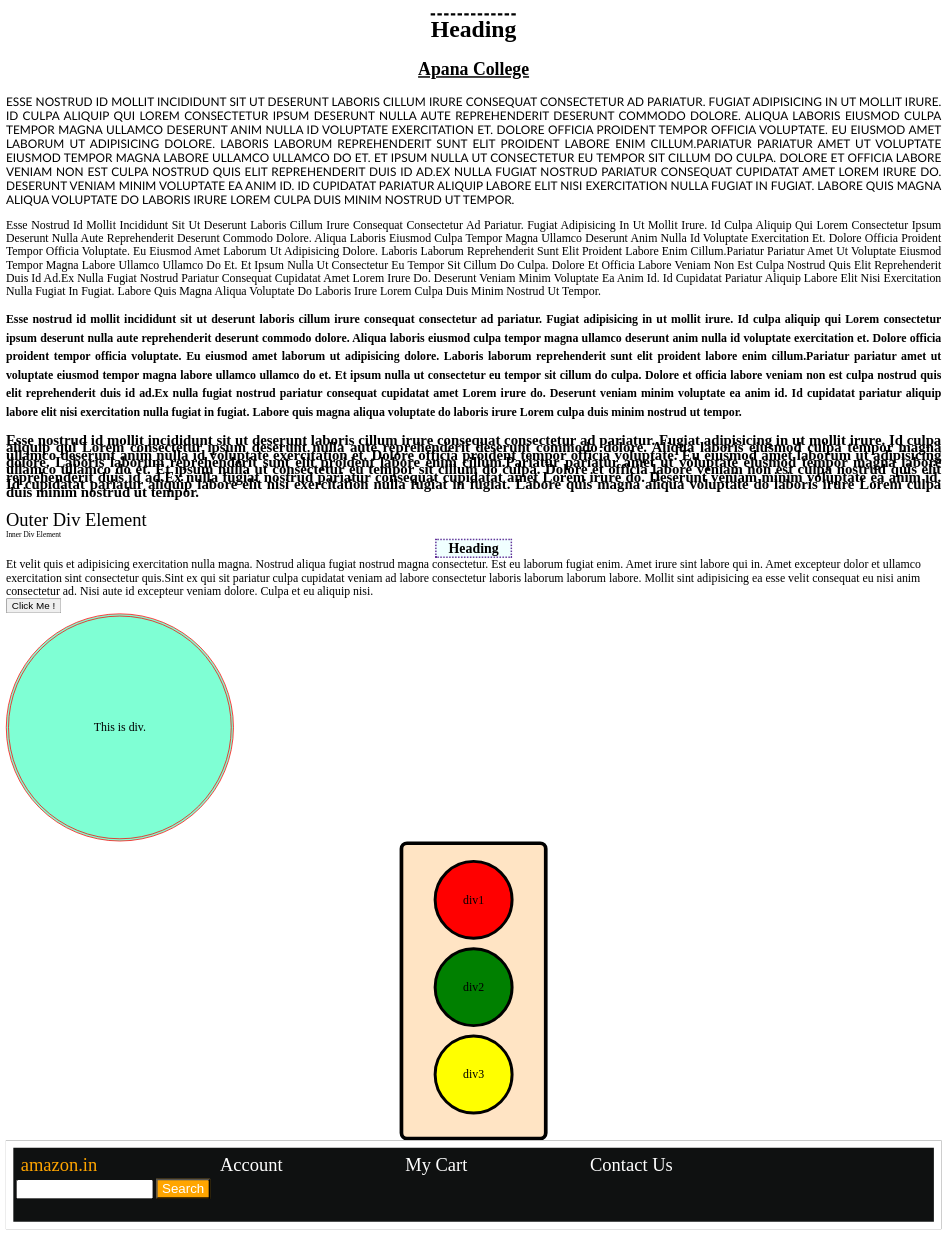
Repository: rakeshkolpepatil/CSS_Apana_College
Page: index.html
An editor plug-in stored every save of this project. The page is shown before and after the next save, followed by the edit.
The browser window is 1280 px wide. The pictures show the whole page, at 74% of full size.

Above is the page before, as saved 2023-06-22 22:11:00.

### index.html
<!DOCTYPE html>
<html lang="en">
<head>
  <meta charset="UTF-8">
  <meta name="viewport" content="width=device-width, initial-scale=1.0">
  <title>Document</title>
  <link rel="stylesheet" href="styleTwo.css">
</head>
<body>
  <h1> Heading </h1>
  <h2> Apana College </h2>
  <p id="pOne">Esse nostrud id mollit incididunt sit ut deserunt laboris cillum irure consequat consectetur ad pariatur. Fugiat adipisicing in ut mollit irure. Id culpa aliquip qui Lorem consectetur ipsum deserunt nulla aute reprehenderit deserunt commodo dolore. Aliqua laboris eiusmod culpa tempor magna ullamco deserunt anim nulla id voluptate exercitation et. Dolore officia proident tempor officia voluptate. Eu eiusmod amet laborum ut adipisicing dolore. Laboris laborum reprehenderit sunt elit proident labore enim cillum.Pariatur pariatur amet ut voluptate eiusmod tempor magna labore ullamco ullamco do et. Et ipsum nulla ut consectetur eu tempor sit cillum do culpa. Dolore et officia labore veniam non est culpa nostrud quis elit reprehenderit duis id ad.Ex nulla fugiat nostrud pariatur consequat cupidatat amet Lorem irure do. Deserunt veniam minim voluptate ea anim id. Id cupidatat pariatur aliquip labore elit nisi exercitation nulla fugiat in fugiat. Labore quis magna aliqua voluptate do laboris irure Lorem culpa duis minim nostrud ut tempor.
  </p>
  <p id="pTwo">Esse nostrud id mollit incididunt sit ut deserunt laboris cillum irure consequat consectetur ad pariatur. Fugiat adipisicing in ut mollit irure. Id culpa aliquip qui Lorem consectetur ipsum deserunt nulla aute reprehenderit deserunt commodo dolore. Aliqua laboris eiusmod culpa tempor magna ullamco deserunt anim nulla id voluptate exercitation et. Dolore officia proident tempor officia voluptate. Eu eiusmod amet laborum ut adipisicing dolore. Laboris laborum reprehenderit sunt elit proident labore enim cillum.Pariatur pariatur amet ut voluptate eiusmod tempor magna labore ullamco ullamco do et. Et ipsum nulla ut consectetur eu tempor sit cillum do culpa. Dolore et officia labore veniam non est culpa nostrud quis elit reprehenderit duis id ad.Ex nulla fugiat nostrud pariatur consequat cupidatat amet Lorem irure do. Deserunt veniam minim voluptate ea anim id. Id cupidatat pariatur aliquip labore elit nisi exercitation nulla fugiat in fugiat. Labore quis magna aliqua voluptate do laboris irure Lorem culpa duis minim nostrud ut tempor.
  </p>
  <p id="pThree">Esse nostrud id mollit incididunt sit ut deserunt laboris cillum irure consequat consectetur ad pariatur. Fugiat adipisicing in ut mollit irure. Id culpa aliquip qui Lorem consectetur ipsum deserunt nulla aute reprehenderit deserunt commodo dolore. Aliqua laboris eiusmod culpa tempor magna ullamco deserunt anim nulla id voluptate exercitation et. Dolore officia proident tempor officia voluptate. Eu eiusmod amet laborum ut adipisicing dolore. Laboris laborum reprehenderit sunt elit proident labore enim cillum.Pariatur pariatur amet ut voluptate eiusmod tempor magna labore ullamco ullamco do et. Et ipsum nulla ut consectetur eu tempor sit cillum do culpa. Dolore et officia labore veniam non est culpa nostrud quis elit reprehenderit duis id ad.Ex nulla fugiat nostrud pariatur consequat cupidatat amet Lorem irure do. Deserunt veniam minim voluptate ea anim id. Id cupidatat pariatur aliquip labore elit nisi exercitation nulla fugiat in fugiat. Labore quis magna aliqua voluptate do laboris irure Lorem culpa duis minim nostrud ut tempor.
  </p>
  <p id="pFour">Esse nostrud id mollit incididunt sit ut deserunt laboris cillum irure consequat consectetur ad pariatur. Fugiat adipisicing in ut mollit irure. Id culpa aliquip qui Lorem consectetur ipsum deserunt nulla aute reprehenderit deserunt commodo dolore. Aliqua laboris eiusmod culpa tempor magna ullamco deserunt anim nulla id voluptate exercitation et. Dolore officia proident tempor officia voluptate. Eu eiusmod amet laborum ut adipisicing dolore. Laboris laborum reprehenderit sunt elit proident labore enim cillum.Pariatur pariatur amet ut voluptate eiusmod tempor magna labore ullamco ullamco do et. Et ipsum nulla ut consectetur eu tempor sit cillum do culpa. Dolore et officia labore veniam non est culpa nostrud quis elit reprehenderit duis id ad.Ex nulla fugiat nostrud pariatur consequat cupidatat amet Lorem irure do. Deserunt veniam minim voluptate ea anim id. Id cupidatat pariatur aliquip labore elit nisi exercitation nulla fugiat in fugiat. Labore quis magna aliqua voluptate do laboris irure Lorem culpa duis minim nostrud ut tempor.
  </p>

  <div id="outer">
    Outer Div Element
    <div id="inner">
      Inner Div Element
    </div>
  </div>

  <h3> Heading </h3>
  <div>
    Et velit quis et adipisicing exercitation nulla magna. Nostrud aliqua fugiat nostrud magna consectetur. Est eu laborum fugiat enim. Amet irure sint labore qui in. Amet excepteur dolor et ullamco exercitation sint consectetur quis.Sint ex qui sit pariatur culpa cupidatat veniam ad labore consectetur laboris laborum laborum labore. Mollit sint adipisicing ea esse velit consequat eu nisi anim consectetur ad. Nisi aute id excepteur veniam dolore. Culpa et eu aliquip nisi.
  </div>
  <button> Click Me ! </button>
  <div id="div4"> This is div. </div>

  <div style="background-color: bisque; width: 150px; margin: auto; padding: 20px; border: 5px solid black; border-radius:10px" >
    <div class="div5"> div1 </div>
    <div class="div5" style="background-color: green;"> div2 </div>
    <div class="div5" style="background-color: yellow;"> div3 </div>
  </div>

  <div id="div7">
    <div id="div6" >
      <a style="display:inline-block; margin-right: 13%; color: orange; margin-top: 10px; margin-left: 10px; text-decoration: none; ; text-decoration: none; font-size: 25px;" href="https://www.amazon.in" >amazon.in</a>
      <a style="display:inline-block; margin-right: 13%; color: white; margin-top: 10px; text-decoration: none; font-size: 25px;" href="">Account</a>
      <a style="display:inline-block; margin-right: 13%; color: white; margin-top: 10px; text-decoration: none; font-size: 25px;" href="">My Cart</a>
      <a style="display:inline-block; margin-right: 13%; color: white; margin-top: 10px; text-decoration: none; font-size: 25px;" href="">Contact Us</a>
      <div style="display:inline-block;  padding: 4px;">
        <input style="display:inline-block; height: 20px; color: white;"> </input>
        <button style="background-color: orange; color:white; font-size: 18px; "> Search</button>
      </div>
    </div>
  </div>
</body>
</html>

### styleTwo.css
h1{
  text-align: center;
  text-decoration:  dotted underline  ;
  text-decoration:  dashed overline  ;
}

h2{
  text-align: center;
  text-transform: capitalize;
  text-decoration: underline;
}

#pOne{
  text-align: justify;
  text-transform: uppercase;
  font-weight: 100;
  font-family: 'Gill Sans', 'Gill Sans MT', Calibri, 'Trebuchet MS', sans-serif;
}

#pTwo{
  text-transform: capitalize;
  text-align: justify;
  font-weight: 300;
}

#pThree{
  text-align: justify;
  line-height: 25px;
  font-weight: 600;
}

#pFour{
  text-align: justify;
  font-size: 20px;
  line-height: 10px;
  font-weight: 900;
}

#outer{
  font-size: 25px;
}

#inner{
  font-size: 10px;
}

#div4{
  height: 300px;
  width: 300px;
  background-color:aquamarine;

  /* border-width: 4px;
  border-color: black;
  border-style: dotted; */


  display: flex;
  text-align: center;
  justify-content: center;
  align-items: center;

  /* border: 4px solid red; */
  border: 4px double red;
  /* border-radius: 10px; */
  border-radius: 50% ;
}

h3{
  display: flex;
  justify-content: center;
  align-items:center;
  margin-left: 50%;
  /* text-align: center; */
  border: 2px dotted rebeccapurple;
  width: 100px;
  margin: auto;
  background-color:azure;
}

.div5{
  width: 100px;
  height: 100px;
  background-color:red;
  margin: auto;
  margin-bottom: 10px;
  display: flex;
  justify-content: center;
  align-items:center;
  border: 4px solid black;
  border-radius: 50%
}

#div6{
  height: 100px;
  border: 10px solid white;
  background-color:#0f1111;
}

After the next save:
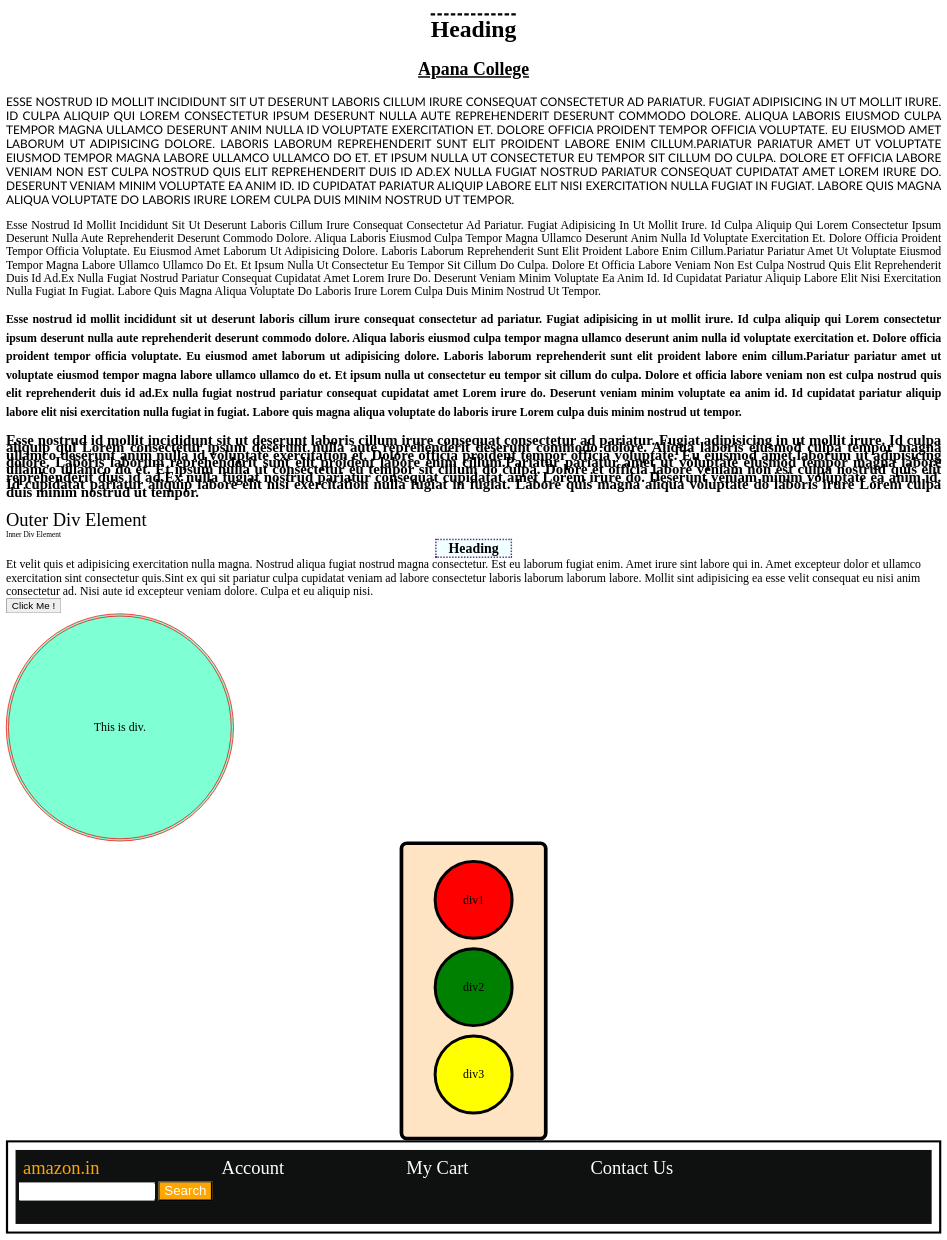
Saved 22 s later.
--- a/index.html
+++ b/index.html
@@ -38,7 +38,7 @@
     <div class="div5" style="background-color: yellow;"> div3 </div>
   </div>
 
-  <div id="div7">
+  <div id="div7" style="border: 3px solid black;">
     <div id="div6" >
       <a style="display:inline-block; margin-right: 13%; color: orange; margin-top: 10px; margin-left: 10px; text-decoration: none; ; text-decoration: none; font-size: 25px;" href="https://www.amazon.in" >amazon.in</a>
       <a style="display:inline-block; margin-right: 13%; color: white; margin-top: 10px; text-decoration: none; font-size: 25px;" href="">Account</a>
